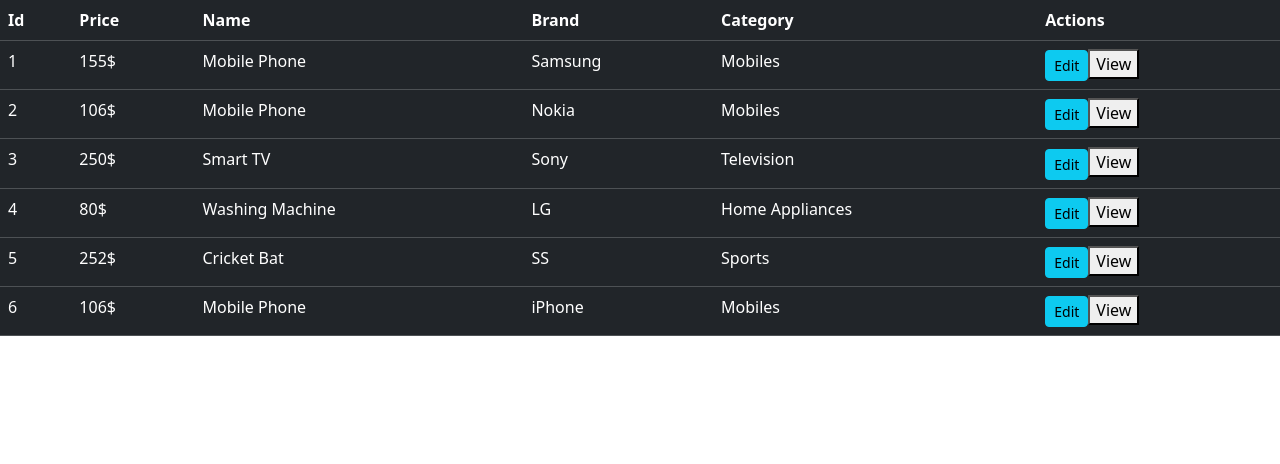
Repository: SriChakraTeja/json-crud
Page: /
These files come from the project's save history. The page is drawn as it stood at one moment and after the next save; the edit follows.
The browser window is 1280 px wide. The pictures show the whole page.
The project was rebuilt for these pictures with package versions that can differ from the ones it lists, and the page was loaded fresh each time. Requests to the local data server were answered from the project's data file. Also part of the build but not shown: src/components/ProductDetails.js.

Above is the page before, as saved 2023-12-23 13:59:59.

### src/index.js
import React from 'react';
import ReactDOM from 'react-dom/client';
import './index.css';
import App from './App';
import reportWebVitals from './reportWebVitals';
import { BrowserRouter as Router } from 'react-router-dom';
import '../node_modules/bootstrap/dist/css/bootstrap.min.css'

const root = ReactDOM.createRoot(document.getElementById('root'));
root.render(
  <React.StrictMode>
    <Router>
      <App />
    </Router>
  </React.StrictMode>
);

// If you want to start measuring performance in your app, pass a function
// to log results (for example: reportWebVitals(console.log))
// or send to an analytics endpoint. Learn more: https://bit.ly/CRA-vitals
reportWebVitals();

### src/App.js
import React from 'react'
import { Routes,Route } from 'react-router-dom'
import Home from './components/Home'
import ProductDetails from './components/ProductDetails'

const App = () => {
  return (
    <main>
      <Routes>
        <Route path="/" element = {<Home/>}/>
        <Route path='/products/:id' element= {<ProductDetails />} />
      </Routes>
    </main>
  )
}

export default App

### src/components/Home.js
import React, { useEffect } from 'react'
import { useState } from 'react'

const Home = () => {
    const [products, setProducts] = useState([])
    const url = 'http://localhost:3100/products'
    useEffect(()=> {
        fetch(url).then(response=>response.json())
        .then(data=>setProducts(data))
    })
    return (
        <section>
            <table className='table table-dark'>
                <thead>
                    <tr>
                        <th>Id</th>
                        <th>Price</th>
                        <th>Name</th>
                        <th>Brand</th>
                        <th>Category</th>
                        <th>Actions</th>
                    </tr>
                </thead>
                <tbody>
                    {
                        products.map((product) =>
                            <tr>
                                <td>{product.id}</td>
                                <td>{product.price}$</td>
                                <td>{product.name}</td>
                                <td>{product.brand}</td>
                                <td>{product.category}</td>
                                <td>
                                    <button className='btn btn-sm btn-info'>Edit</button>
                                    <button>View</button>
                                </td>
                            </tr>
                        )
                    }
                </tbody>
            </table>
        </section>
    )
}

export default Home

### db.json
{
    "products" : [
        {
            "id" : 1,
            "price" : 155,
            "name" : "Mobile Phone",
            "brand" : "Samsung",
            "category" : "Mobiles"
        },
        {
            "id" : 2,
            "price" : 106,
            "name" : "Mobile Phone",
            "brand" : "Nokia",
            "category" : "Mobiles"
        },
        {
            "id" : 3,
            "price" : 250,
            "name" : "Smart TV",
            "brand" : "Sony",
            "category" : "Television"
        },
        {
            "id" : 4,
            "price" : 80,
            "name" : "Washing Machine",
            "brand" : "LG",
            "category" : "Home Appliances"
        },
        {
            "id" : 5,
            "price" : 252,
            "name" : "Cricket Bat",
            "brand" : "SS",
            "category" : "Sports"
        },
        {
            "id" : 6,
            "price" : 106,
            "name" : "Mobile Phone",
            "brand" : "iPhone",
            "category" : "Mobiles"
        }
    ]
}

Loaded but not shown: public/index.html (common file); src/index.css (common file); src/reportWebVitals.js (common file)

After the next save:
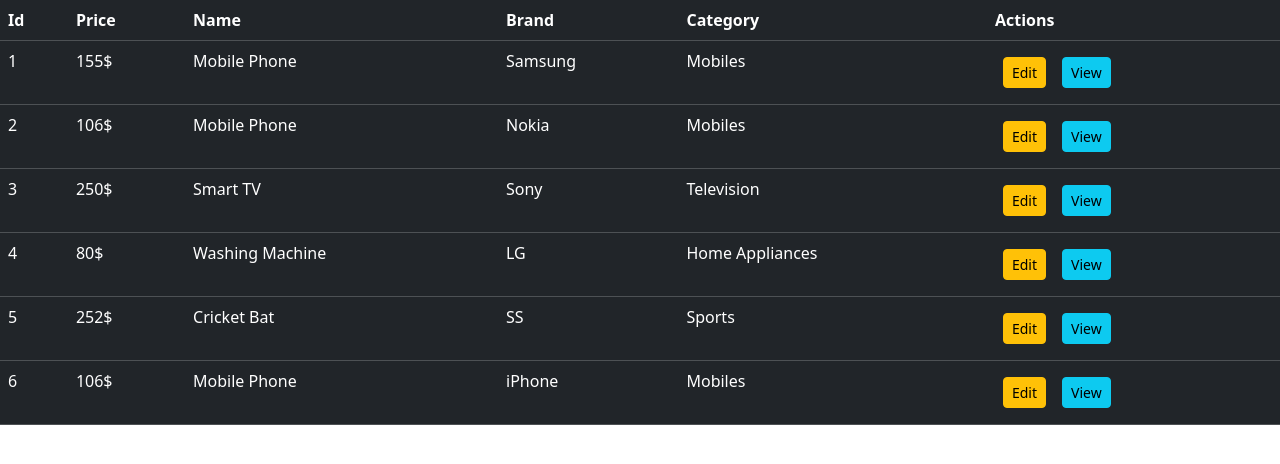
Saved 29 s later.
--- a/src/components/Home.js
+++ b/src/components/Home.js
@@ -31,8 +31,8 @@ const Home = () => {
                                 <td>{product.brand}</td>
                                 <td>{product.category}</td>
                                 <td>
-                                    <button className='btn btn-sm btn-info'>Edit</button>
-                                    <button>View</button>
+                                    <button className='btn btn-sm btn-warning m-2'>Edit</button>
+                                    <button className='btn btn-sm btn-info m-2'>View</button>
                                 </td>
                             </tr>
                         )
